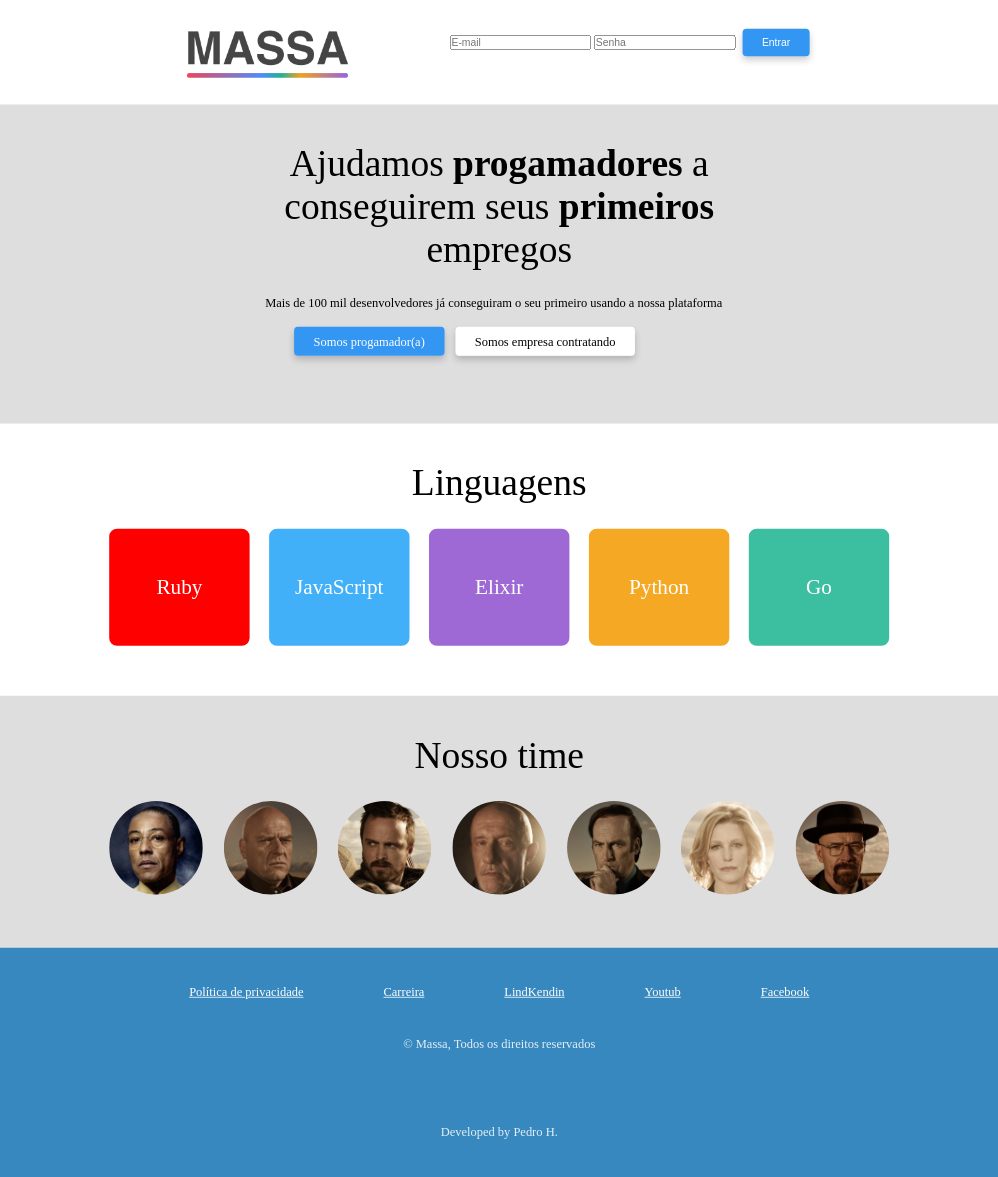
Repository: luizgaivaa/ProjetoSite
Page: index.html
These files come from the project's save history. The page is drawn as it stood at one moment and after the next save; the edit follows.
The browser window is 1280 px wide. The pictures show the whole page, at 78% of full size.

Above is the page before, as saved 2024-03-19 14:23:52.

### index.html
<!DOCTYPE html>
<html lang="pt-br">
<head>
    <meta charset="UTF-8">
    <meta name="viewport" content="width=device-width, initial-scale=1.0">
    <title>Massa</title>
    <link rel="icon" href="react-icon.png">
    <link rel="stylesheet" href="style.css">

    <link rel="preconnect" href="https://fonts.googleapis.com">
    <link rel="preconnect" href="https://fonts.gstatic.com" crossorigin>
    <link href="https://fonts.googleapis.com/css2?family=Roboto:ital,wght@0,100;0,300;0,400;0,500;0,700;0,900;1,100;1,300;1,400;1,500;1,700;1,900&display=swap" rel="stylesheet">

</head>
<body>
        <header>

            <div class="container">

                <div class="logo">

                    <img src="imagens/logo.png" alt-="">

                </div>
                <div class="sing-in">
                <form action="#">

                    <input type="email" name="email" id="email" placeholder="E-mail">
                    <input type="password" name="password" id="password" placeholder="Senha">
                    <button type="submit" class="button primary">Entrar</button>

                </form>
                </div>
            </div>

        </header>

    <main>

        <section class="intro gray">

            <div class="container">

                <div class="hero">
                    <h1 class="title">Ajudamos <strong>progamadores</strong> a conseguirem seus <strong>primeiros</strong> empregos</h1>
                    <p>Mais de 100 mil desenvolvedores já conseguiram o seu primeiro usando a nossa plataforma</p>

                    <div class="cta">
                        <a href="https://www.youtube.com/watch?v=u7E6Mn4hLAI" class="button primary">Somos progamador(a)</a>
                        <a href="https://www.youtube.com/watch?v=dQw4w9WgXcQ" class="button second">Somos empresa contratando</a>
                    </div>
                </div>

            </div>

        </section>

        <section class="languages">

            <div class="container">

                <h1 class="title">Linguagens</h1>

                <div class="Card">

                    <div class="card red">Ruby</div>
                    <div class="card blue">JavaScript</div>
                    <div class="card purple">Elixir</div>
                    <div class="card yellow">Python</div>
                    <div class="card green">Go</div>

                </div>

            </div>
        </section>

        <section class="team gray">

            <div class="container">

                <h1 class="title">Nosso time</h1>

                <div class="members">

                    <div class="Gus"><img src="team/gus.jpg" alt=""></div>
                    <div class="Hank"><img src="team/hank.jpg" alt=""></div>
                    <div class="Jesse"><img src="team/jesse.jpg" alt=""></div>
                    <div class="Mike"><img src="team/mike.jpg" alt=""></div>
                    <div class="Saul"><img src="team/saul.jpg" alt=""></div>
                    <div class="Skyler"><img src="team/skyler.jpg" alt=""></div>
                    <div class="walter"><img src="team/walter.jpg" alt=""></div>

                </div>

            </div>

        </section>

    </main>
        <footer>
            <div class="container">
                <ul>

                    <li><a href="https://www.leagueoflegends.com/pt-br/">Política de privacidade</a></li>
                    <li><a href="https://www.google.com/imgres?imgurl=https%3A%2F%2Fimages.contentstack.io%2Fv3%2Fassets%2Fblt731acb42bb3d1659%2Fblte466f329caecef3b%2F60887196f07013101daf0872%2FdevRammus_header.jpg&tbnid=cw0laePT7olaPM&vet=12ahUKEwje2tjspO-EAxUsuZUCHVRWCNwQMygBegQIARBN..i&imgrefurl=https%3A%2F%2Fwww.leagueoflegends.com%2Fpt-br%2Fnews%2Fdev%2Fdev-rammus-de-rift-a-rift%2F&docid=4QQPyuHJoJCulM&w=1920&h=1080&q=rammus%20lol&ved=2ahUKEwje2tjspO-EAxUsuZUCHVRWCNwQMygBegQIARBN">Carreira</a></li>
                    <li><a href="#">LindKendin</a></li>
                    <li><a href="#">Youtub</a></li>
                    <li><a href="#">Facebook</a></li>

                </ul>

                    <p class="copyright">© Massa, Todos os direitos reservados</p>
                    <p class="copyright">Developed by Pedro H.</p>

            </div>

        </footer>
</body>
</html>

### style.css
/*reset CSS*/

*{
    margin: 0;
    padding: 0;
    box-sizing: 0;
}

body{
    background-color: rgb(255, 255, 255);
}

.roboto-thin {
    font-family: "Roboto", sans-serif;
    font-weight: 100;
    font-style: normal;
  }

  .roboto-light {
    font-family: "Roboto", sans-serif;
    font-weight: 300;
    font-style: normal;
  }

  .roboto-regular {
    font-family: "Roboto", sans-serif;
    font-weight: 400;
    font-style: normal;
  }

  .roboto-medium {
    font-family: "Roboto", sans-serif;
    font-weight: 500;
    font-style: normal;
  }

  .roboto-bold {
    font-family: "Roboto", sans-serif;
    font-weight: 700;
    font-style: normal;
  }

  .roboto-black {
    font-family: "Roboto", sans-serif;
    font-weight: 900;
    font-style: normal;
  }

  .roboto-thin-italic {
    font-family: "Roboto", sans-serif;
    font-weight: 100;
    font-style: italic;
  }

  .roboto-light-italic {
    font-family: "Roboto", sans-serif;
    font-weight: 300;
    font-style: italic;
  }

  .roboto-regular-italic {
    font-family: "Roboto", sans-serif;
    font-weight: 400;
    font-style: italic;
  }

  .roboto-medium-italic {
    font-family: "Roboto", sans-serif;
    font-weight: 500;
    font-style: italic;
  }

  .roboto-bold-italic {
    font-family: "Roboto", sans-serif;
    font-weight: 700;
    font-style: italic;
  }

  .roboto-black-italic {
    font-family: "Roboto", sans-serif;
    font-weight: 900;
    font-style: italic;
  }

   .container {
    width: 1000px;
    margin: auto;
    padding: 0 1rem;

   }
   .hero{
    width: 60%;
    margin: auto;
   }

   .gray {
    background-color:rgb(223, 222, 222)
   }

   .intro_gray {
    background-color:rgb(223, 222, 222)
   }

   .intro p{
    margin: 1rem 0;
    font-size: 1.5 rem;
    font-weight: 100;
   }

   h1 {
    font-size: 3rem;
    font-weight: normal;
   }

   h1.title {
    margin-bottom: 2rem;
    text-align: center;
    /* font-weight: bold; */
   }

   section {
    padding: 3rem 0 4rem 0;
   }

   .intro .cta {
    margin: 2rem;
   }

   .button {
    /*background-color: #3396f3;
    color: white;*/
    padding: 10px 25px;
    text-decoration: none;
    border-radius: 5px;
    margin: 5px;
    box-shadow: 0 5px 10px 0 rgba(0, 0, 0, 0.2);
   }

   .button:hover {
    box-shadow: 0 5px 10px 0 rgba(0, 0, 0, 0.5);
   }


   .primary {
    background-color: #3396f3;
    color: white;
   }

   .second {
    background-color: white;
    color: black;
   }

   .Card {
    display: flex;
    justify-content: space-between;
   }

   .card {
      display: flex;
      flex-direction: column;
      justify-content: center;
      text-align: center;

      width: 18%;
      height: 150px;
      border-radius: 10px;
      color: white;
      font-size: 1.7rem;
    }

   .card.red {
      background-color: red;
   }

   .card.blue {
    background-color: #42b0f8;
   }

   .card.purple {
    background-color: #9e69d5;
   }

   .card.yellow {
    background-color: #f4a823;
   }

   .card.green {
    background-color: #3cbfa1;
   }

   .members {
    display: flex;
    justify-content: space-between;
   }

   .members img {
    width: 120px;
    height: 120px;
    border-radius: 50%;
   }

   footer {
    background-color: #3788bf ;
   }

   footer ul{
    display: flex;
    justify-content: space-evenly;
    padding-top: 3rem;
    list-style-type: none;
   }

   footer a{
    color: white;
   }
   footer p.copyright{
    padding: 3rem 0;
    color: #ffffffdd;
    text-align: center;
   }

   header div{
    display: flex;
    justify-content: space-evenly;
    padding: 2rem;
   }
   .logo img {
    width: 211px;
   }
   .sing-in button{
    border: none;
   }

   input
    [type ="text"]
    [type ="email"]
    [type ="senha"]{
    width: 180px;
    padding: 0.5rem;
    border-radius: 5px ;
    border: 1px solid #ccc;
    }

After the next save:
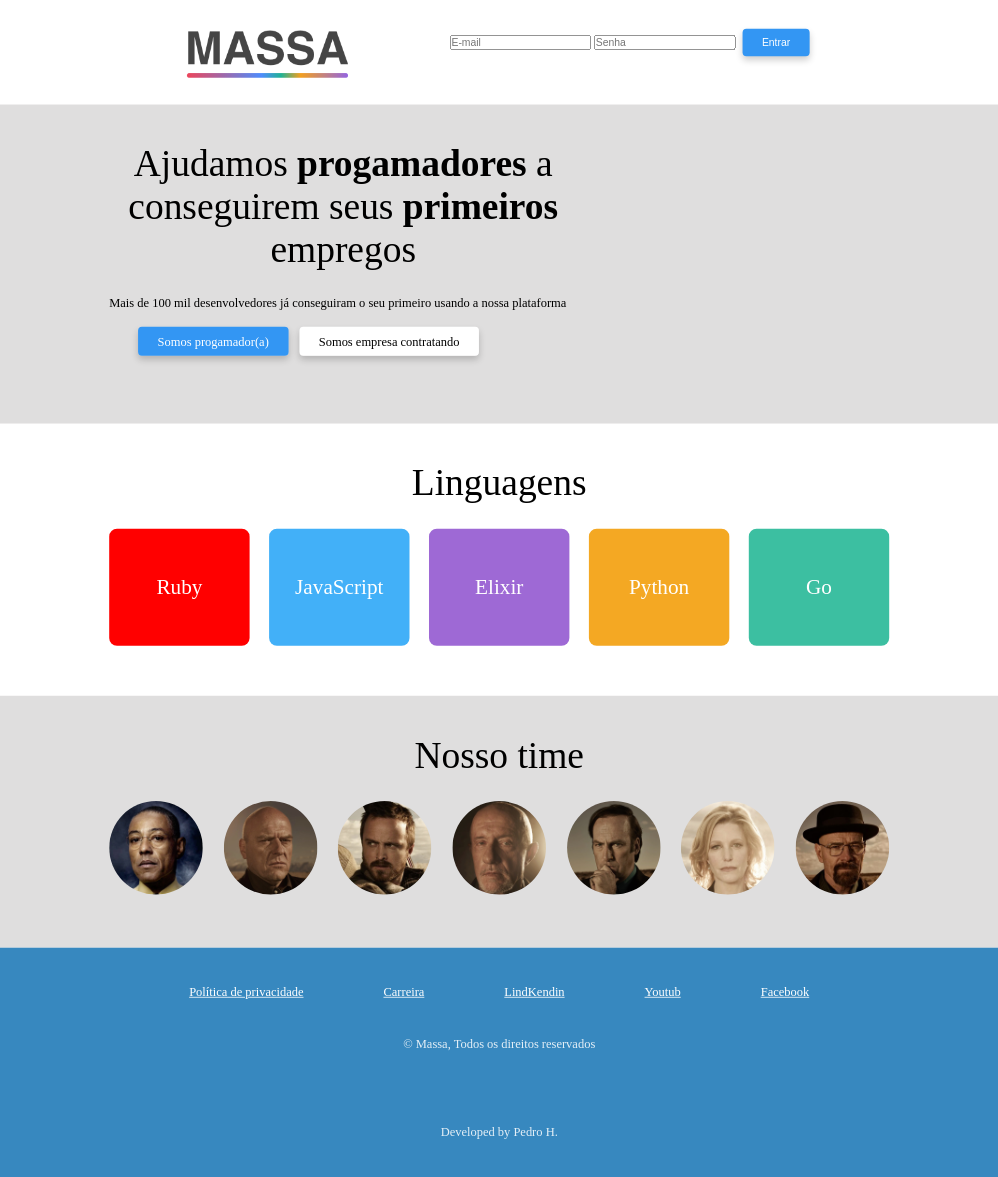
Saved 31 s later.
--- a/style.css
+++ b/style.css
@@ -90,7 +90,7 @@
    }
    .hero{
     width: 60%;
-    margin: auto;
+    margin: left;
    }
 
    .gray {

After the 2 saves that followed:
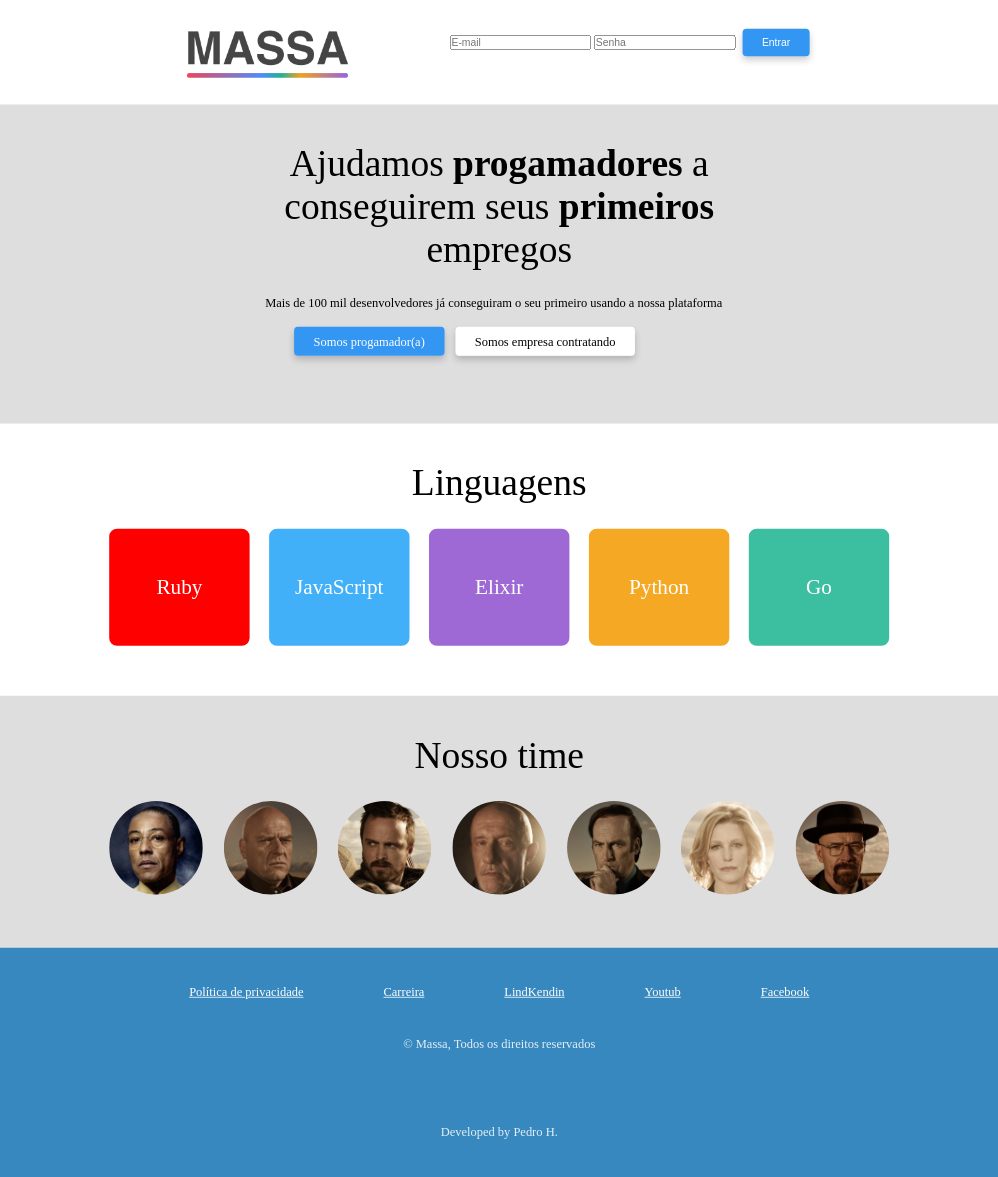
The 2 saves are shown as one change because they came seconds apart.
The last was saved 6 s later.
--- a/style.css
+++ b/style.css
@@ -90,7 +90,7 @@
    }
    .hero{
     width: 60%;
-    margin: left;
+    margin: auto;
    }
 
    .gray {
